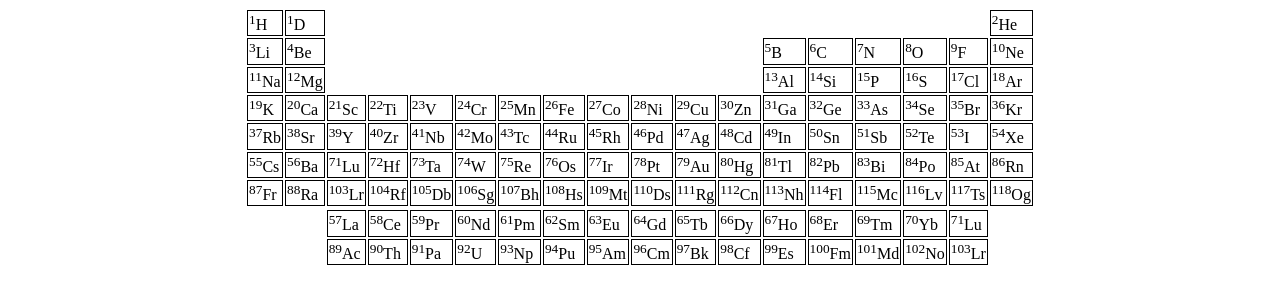
Repository: punitbathija/Placement-Assitance-iNeuron
Page: periodicTable.html
These files come from the project's save history. The page is drawn as it stood at one moment and after the next save; the edit follows.
The browser window is 1280 px wide. The pictures show the whole page.

Above is the page before, as saved 2023-05-22 18:00:38.

After the next save:
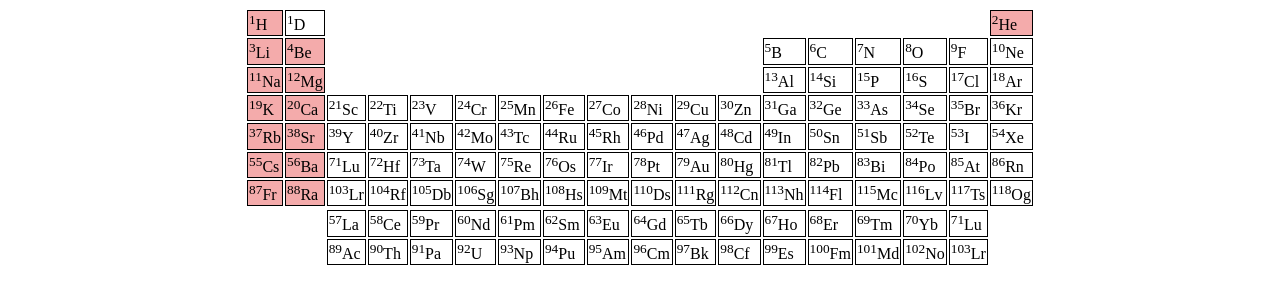
Saved 50 s later.
--- a/periodicTable.css
+++ b/periodicTable.css
@@ -8,5 +8,8 @@
 
 .element{
     border: 1px solid black;
-    gap: 10px;
 }
+
+.red{
+    background-color: rgb(244, 171, 171);
+}
